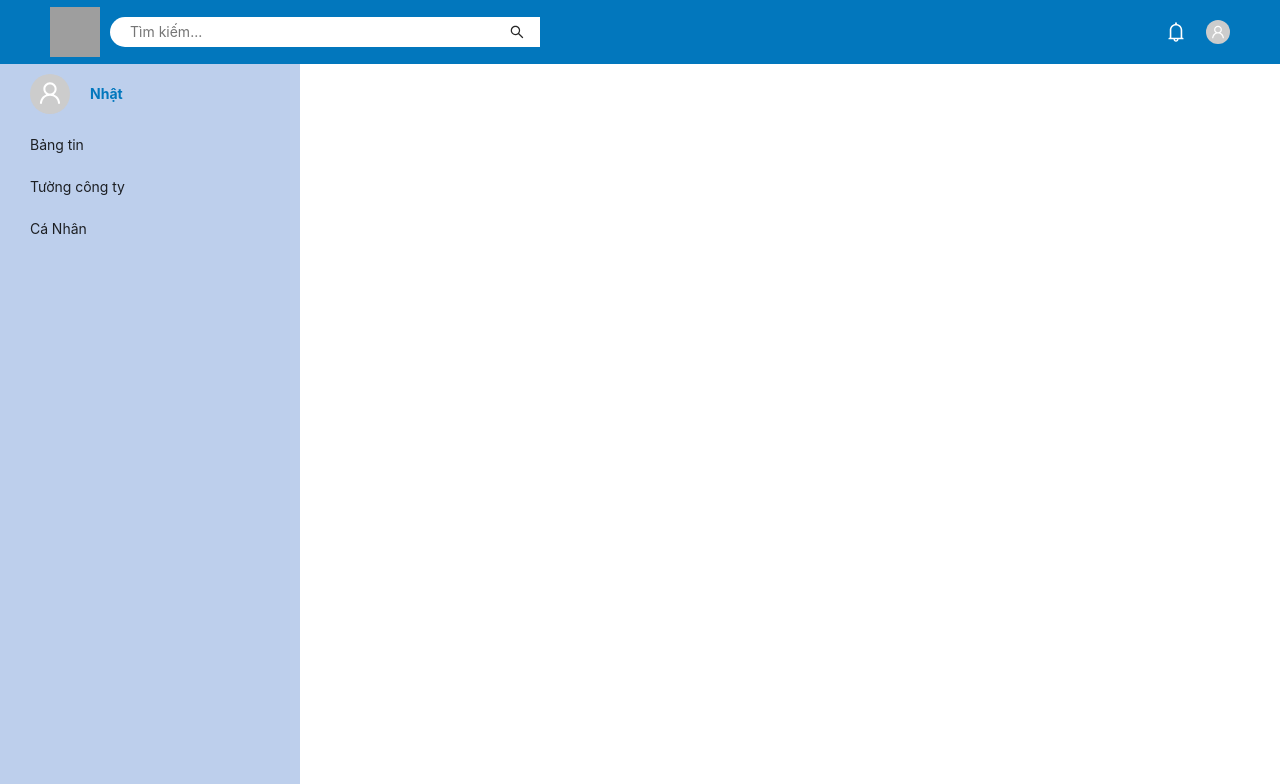
Repository: baonhat27/SocialNetwork_FE
Page: /home
These files come from the project's save history. The page is drawn as it stood at one moment and after the next save; the edit follows.
The browser window is 1280 px wide. The pictures show the whole page.
Pictures or frames that could not be fetched are drawn as grey boxes. The project was rebuilt for these pictures with package versions that can differ from the ones it lists, and the page was loaded fresh each time. Also part of the build but not shown: src/containers/home/component/HomeComponent.module.css, src/containers/loginPage/component/LoginPageComponent.module.css, src/components/Input/Input.module.css, src/components/Input/Input.js, src/components/Button/Button.module.css, src/components/Button/Button.js, src/containers/loginPage/component/LoginPageComponent.js, src/containers/loginPage/LoginPageContainer.js.

Above is the page before, as saved 2022-03-09 22:10:16.

### public/index.html
<!DOCTYPE html>
<html lang="en">
  <head>
    <meta charset="utf-8" />
    <link rel="icon" href="%PUBLIC_URL%/favicon.ico" />
    <meta name="viewport" content="width=device-width, initial-scale=1" />
    <meta name="theme-color" content="#000000" />
    <meta
      name="description"
      content="Web site created using create-react-app"
    />
    <link rel="apple-touch-icon" href="%PUBLIC_URL%/logo192.png" />
    <!--
      manifest.json provides metadata used when your web app is installed on a
      user's mobile device or desktop. See https://developers.google.com/web/fundamentals/web-app-manifest/
    -->
    <link rel="manifest" href="%PUBLIC_URL%/manifest.json" />
    <!--
      Notice the use of %PUBLIC_URL% in the tags above.
      It will be replaced with the URL of the `public` folder during the build.
      Only files inside the `public` folder can be referenced from the HTML.

      Unlike "/favicon.ico" or "favicon.ico", "%PUBLIC_URL%/favicon.ico" will
      work correctly both with client-side routing and a non-root public URL.
      Learn how to configure a non-root public URL by running `npm run build`.
    -->
    <title>Social network</title>
  </head>
  <body>
    <noscript>You need to enable JavaScript to run this app.</noscript>
    <div id="root"></div>
    <!--
      This HTML file is a template.
      If you open it directly in the browser, you will see an empty page.

      You can add webfonts, meta tags, or analytics to this file.
      The build step will place the bundled scripts into the <body> tag.

      To begin the development, run `npm start` or `yarn start`.
      To create a production bundle, use `npm run build` or `yarn build`.
    -->
  </body>
</html>

### src/index.js
import React from 'react';
import ReactDOM from 'react-dom';
import './index.css';
import App from './App';
import 'antd/dist/antd.min.css'
import reportWebVitals from './reportWebVitals';
import { BrowserRouter } from 'react-router-dom';

ReactDOM.render(
  <React.StrictMode>
    <BrowserRouter>
      <App />
    </BrowserRouter>
  </React.StrictMode>,
  document.getElementById('root')
);

// If you want to start measuring performance in your app, pass a function
// to log results (for example: reportWebVitals(console.log))
// or send to an analytics endpoint. Learn more: https://bit.ly/CRA-vitals
reportWebVitals();

### src/App.js
import { Route,Switch } from 'react-router-dom';
import './App.css';
import HeaderContainer from './containers/header/HeaderContainer';
import HomeContainer from './containers/home/HomeContainer';
import LoginPageContainer from './containers/loginPage/LoginPageContainer';
function App() {
  return (
    <div className="App">
      <Switch>
        <Route path='/login'>
          <LoginPageContainer/>
        </Route>
        <Route path="/home">
            <HeaderContainer/>
            <HomeContainer/>
        </Route>
      </Switch>
    </div>
  );
}

export default App;

### src/containers/header/HeaderContainer.js
import React from 'react';
import HeaderComponent from './component/HeaderComponent';

const HeaderContainer = () => {
    return (
        <HeaderComponent></HeaderComponent>
    );
};

export default HeaderContainer;

### src/containers/home/HomeContainer.js
import HomeComponent from "./component/HomeComponent"
import React from 'react';

const HomeContainer = () => {
    return (
        <div>
            <HomeComponent/>
        </div>
    );
};

export default HomeContainer;

### src/containers/header/component/HeaderComponent.js
import React from 'react';
import { Layout} from "antd";
import { Avatar } from 'antd';
import { UserOutlined, BellOutlined  } from '@ant-design/icons';
import styles from "./header.module.css"
import Search from '../../../components/Search/Search';


const { Header } = Layout;


const HeaderComponent = () => {
    return (
        <Header className={styles.header}>
            <div class={styles.header_left}>
                <img className={styles.img_logo}
                    src='https://images.yourstory.com/cs/images/companies/484073261089321671237850235461832427438080n-1609922812339.png'
                />
                <Search/>
            </div>
            <div class={styles.header_right}>
                <BellOutlined
                    style={{fontSize: '20px', color:'white'}}
                />
                <Avatar size="small" icon={<UserOutlined />} style={{marginLeft: 20,marginRight: 0}} />
            </div>
        </Header>
    );
};

export default HeaderComponent;

### src/containers/home/component/HomeComponent.js
import styles from "./HomeComponent.module.css"
import React from "react";
import { Layout, Avatar } from "antd";
import SiderContainer from "../../sider/SiderContainer";
import ContentContainer from "../../content/ContentContainer";

const {  Content } = Layout;

const HomeComponent = (props) => {
    return (
        <>
            <SiderContainer/>
            <ContentContainer/>
        </>

    );
};

export default HomeComponent;

### src/containers/header/component/header.module.css
.header{
    background-color: #0277bd !important;
    display: flex;
    justify-content: space-between;
    align-items: center;
}
.header_left{
    display: flex;
    align-items: center;
}
.header_right{
    display: flex;
    align-items: center;
}
.search {
    margin-left: 50px;
    width: 400px !important;
}
.img_logo{
    width: 50px;
    height: 50px;
    background-size: cover;
}

### src/components/Search/Search.js
import React from 'react';
import './Search.css'
import { SearchOutlined } from '@ant-design/icons';

const Search = () => {
    return (
    <>
        <input
            placeholder='Tìm kiếm...'
            className='inputSearch'
        />
        <SearchOutlined
            className='iconSearch'
        />

    </>
    );
};

export default Search;

### src/containers/sider/SiderContainer.js
import React from 'react';
import SiderComponent from './component/SiderComponent';

const SiderContainer = () => {
    return (
        <SiderComponent>

        </SiderComponent>
    );
};

export default SiderContainer;

### src/containers/content/ContentContainer.js
import React from 'react';
import ContentComponent from './component/ContentComponent';

const ContentContainer = () => {
    return (
        <ContentComponent>

        </ContentComponent>
    );
};

export default ContentContainer;

### src/components/Search/Search.css
.inputSearch{
    border: none;
    border-top-left-radius: 20px;
    border-bottom-left-radius: 20px;
    width: 400px;
    height: 30px;
    margin-left: 10px;
    padding-left: 20px;
}
.iconSearch{

    background-color: white;
    height: 30px;
    width: 30px;
    display: flex;
    padding: 8px 0px;
}
.iconSearch:hover{
    cursor: pointer;
}

### src/containers/sider/component/SiderComponent.js
import React from 'react';
import styles from './Sider.module.css'
import {  Avatar } from "antd";
import { UserOutlined } from "@ant-design/icons";


const SiderComponent = (props) => {
    return (
        <div className={styles.sider}>
            <div className={`${styles.user_info} ${styles.sider_item}`}>
                    <Avatar size="large" icon={<UserOutlined/>}></Avatar>
                    <div className={styles.user_name}> Nhật</div>
            </div>
            <div className={styles.sider_item}>
                Bảng tin
            </div>
            <div className={styles.sider_item}>Tường công ty</div>
            <div className={styles.sider_item}>Cá Nhân</div>
        </div>
    );
};

export default SiderComponent;

### src/containers/content/component/ContentComponent.js
import React from 'react';
import styles from "./ContentComponent.module.css"

const ContentComponent = () => {
    return (
        <div className={styles.a}>

        </div>
    );
};

export default ContentComponent;

### src/containers/sider/component/Sider.module.css
.sider{
    background-color: #bdcfec !important;
    height: 100vh;
    display: flex;
    width: 300px;
    display: flex;
    flex-direction: column;
}
.sider_item{
    margin: 10px 0px 10px 30px;
}
.sider_item:hover{
    cursor: pointer;
    opacity: 75%;
    background-color: #0277bd;
}
.user_info{
    display: flex;
}
.user_name{
    margin-left: 20px;
    color: #0277bd;
    font-weight: 700;
    display: flex;
    align-items: center;
}

### src/containers/content/component/ContentComponent.module.css
.a{
    background-color: red;
}

Loaded but not shown: src/index.css (common file); src/reportWebVitals.js (common file); src/App.css (no stored copy; drawn as an empty file)

After the next save:
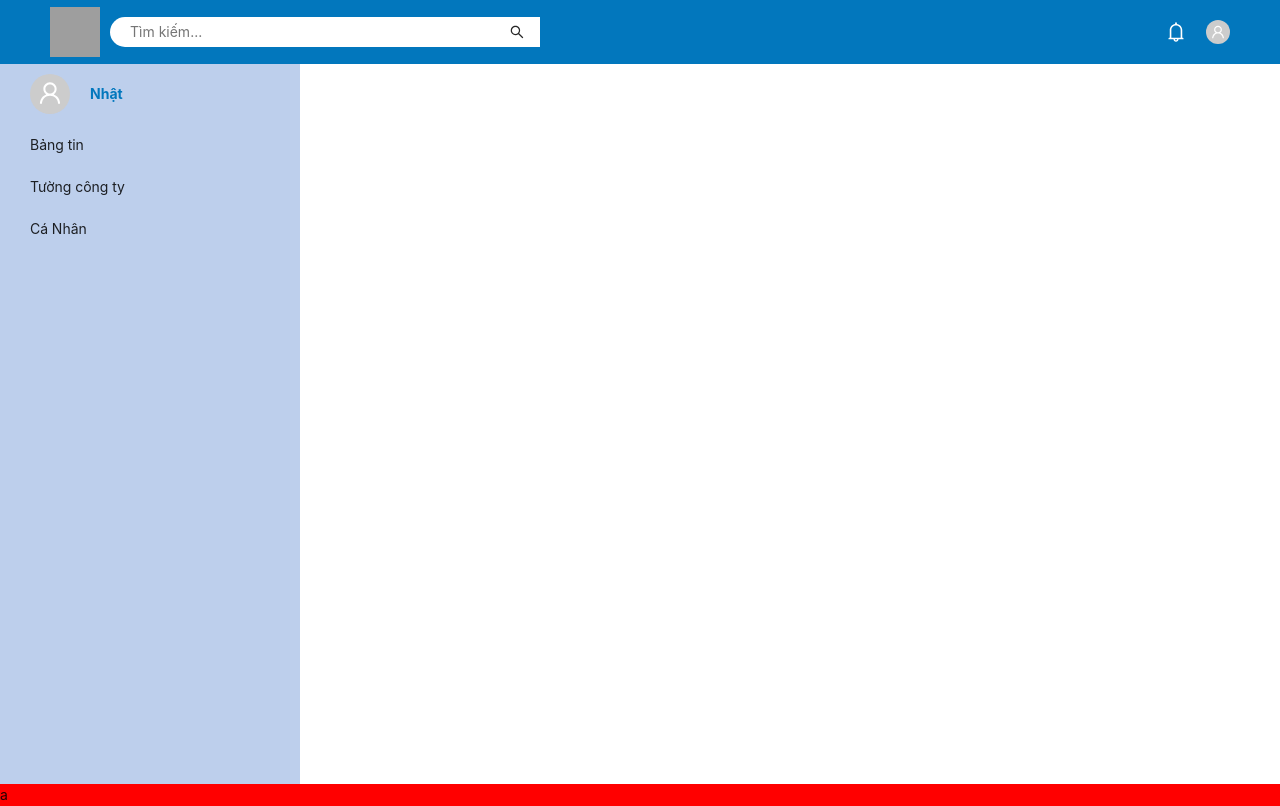
Saved 13 s later.
--- a/src/containers/content/component/ContentComponent.js
+++ b/src/containers/content/component/ContentComponent.js
@@ -4,7 +4,7 @@ import styles from "./ContentComponent.module.css"
 const ContentComponent = () => {
     return (
         <div className={styles.a}>
-
+            a
         </div>
     );
 };
